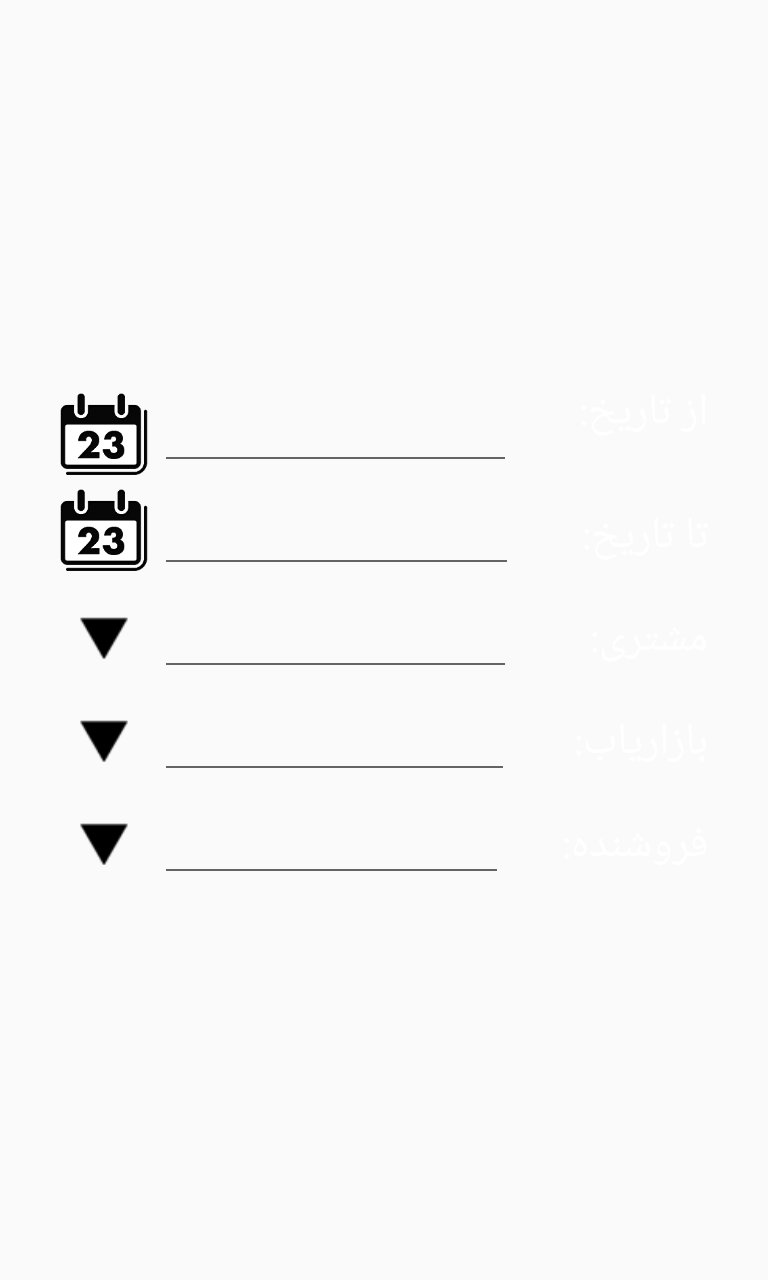
Repository: AtiehPardaz/Reports-Mobile
Layout: Reportsmobile/res/layout/frg_forosh_customer.xml
These files come from the project's save history. The layout is drawn as it stood at one moment and after the next save; the edit follows.
It is drawn on a 768 x 1280 px phone screen (xhdpi) without system bars, with theme AppTheme; the app's code is not run.

Above is the layout before, as saved 2015-03-09 12:42:22.

After the next save:
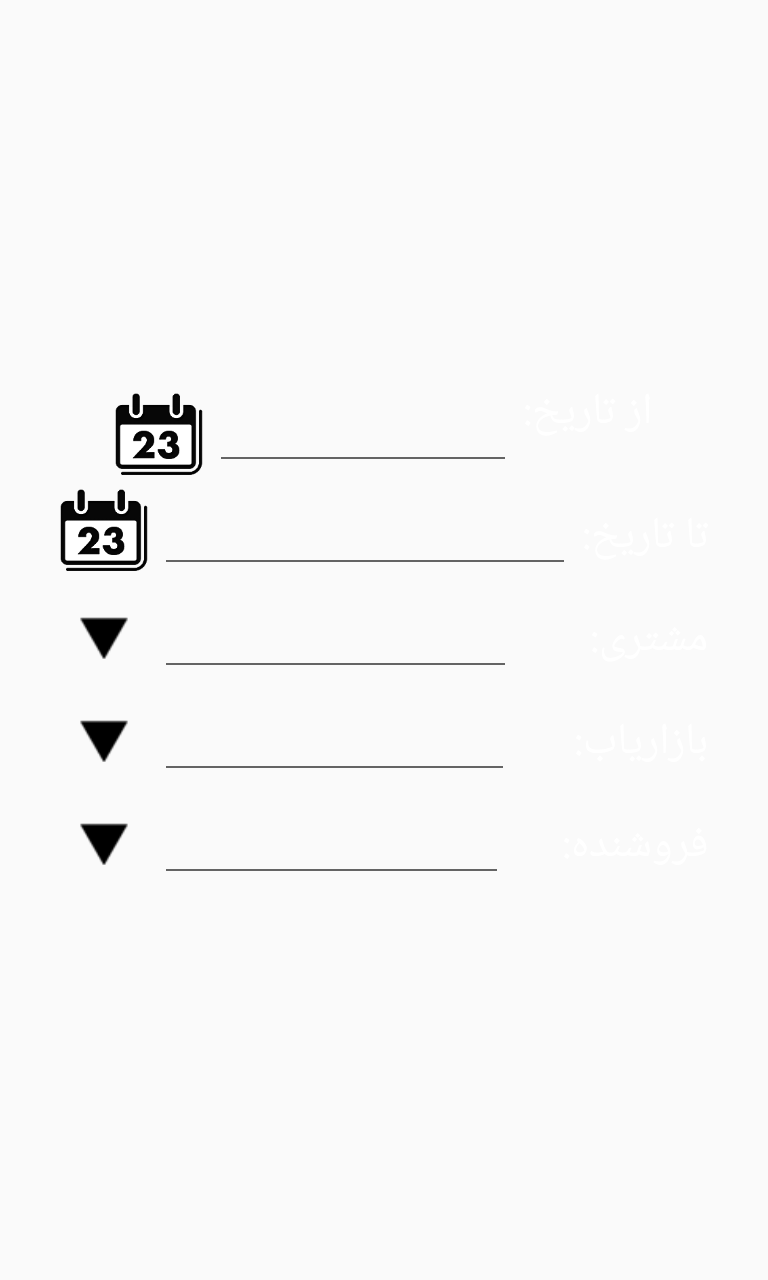
Saved 22 min 0 s later.
--- a/Reportsmobile/res/layout/frg_forosh_customer.xml
+++ b/Reportsmobile/res/layout/frg_forosh_customer.xml
@@ -25,7 +25,6 @@
                 android:layout_width="150dp"
                 android:layout_height="wrap_content"
                 android:layout_margin="5dp"
-                android:layout_weight="1"
                 android:ems="10"
                 android:inputType="date" />
 
@@ -34,7 +33,6 @@
                 android:layout_width="wrap_content"
                 android:layout_height="wrap_content"
                 android:layout_gravity="left"
-                android:layout_weight="1"
                 android:gravity="right"
                 android:text="از تاریخ:"
                 android:textAppearance="?android:attr/textAppearanceLarge"
@@ -67,7 +65,6 @@
                 android:layout_width="wrap_content"
                 android:layout_height="wrap_content"
                 android:layout_gravity="right|center"
-                android:layout_weight="1"
                 android:gravity="right"
                 android:text="تا تاریخ:"
                 android:textAppearance="?android:attr/textAppearanceLarge"
